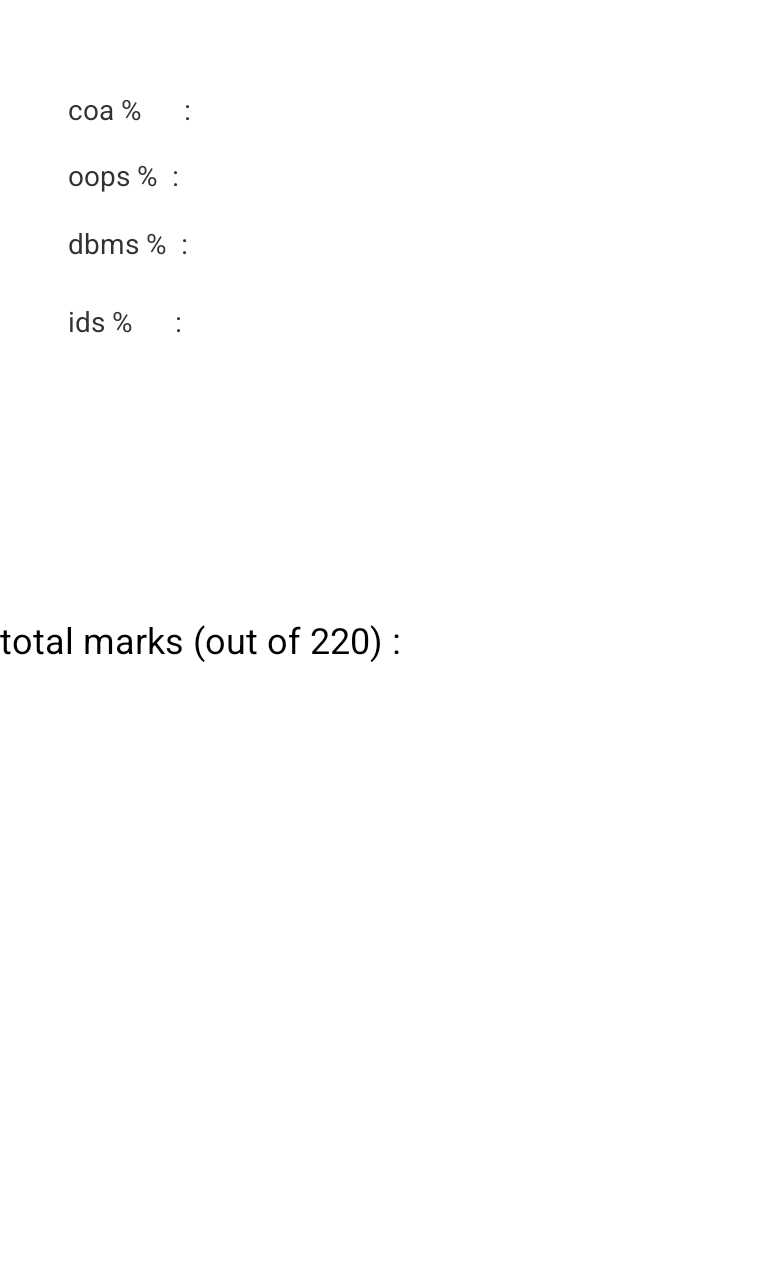
Repository: arjuntheprogrammer/iact
Layout: iact/iact android practice/mywork/ReportCard/res/layout/activity_third.xml
An editor plug-in stored every save of this project. The layout is shown before and after the next save, followed by the edit.
It is drawn on a 768 x 1280 px phone screen (xhdpi) without system bars, with theme AppTheme; the app's code is not run.

Above is the layout before, as saved 2015-12-26 23:59:16.

After the next save:
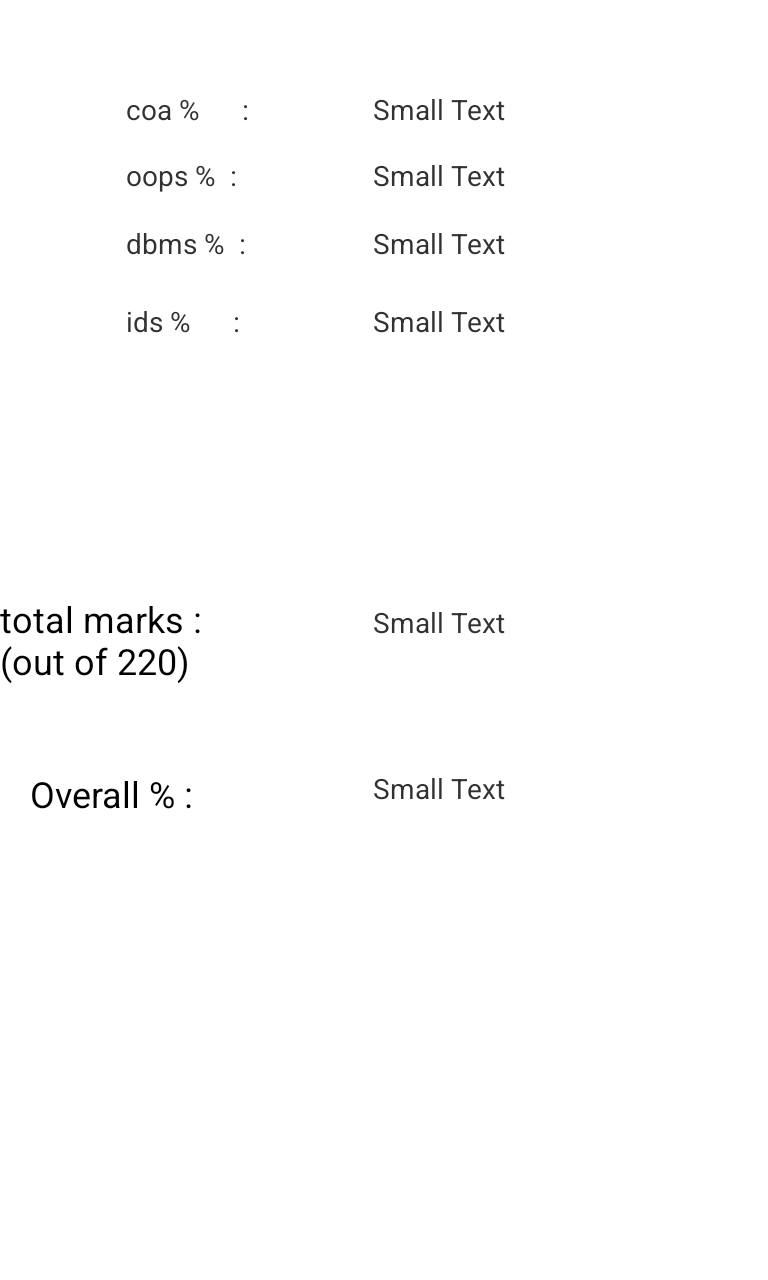
Saved 6 min 5 s later.
--- a/iact/iact android practice/mywork/ReportCard/res/layout/activity_third.xml
+++ b/iact/iact android practice/mywork/ReportCard/res/layout/activity_third.xml
@@ -2,16 +2,6 @@
 <RelativeLayout xmlns:android="http://schemas.android.com/apk/res/android"
     android:layout_width="match_parent"
     android:layout_height="match_parent" >
-
-    <TextView
-        android:id="@+id/textView1"
-        android:layout_width="wrap_content"
-        android:layout_height="wrap_content"
-        android:layout_alignParentLeft="true"
-        android:layout_alignParentTop="true"
-        android:layout_marginLeft="34dp"
-        android:layout_marginTop="45dp"
-        android:text="coa %      :" />
 
     <TextView
         android:id="@+id/textView2"
@@ -41,11 +31,89 @@
         android:text="ids %      :" />
 
     <TextView
+        android:id="@+id/textView1"
+        android:layout_width="wrap_content"
+        android:layout_height="wrap_content"
+        android:layout_alignParentLeft="true"
+        android:layout_alignParentTop="true"
+        android:layout_marginLeft="63dp"
+        android:layout_marginTop="45dp"
+        android:text="coa %      :" />
+
+    <TextView
         android:id="@+id/textView5"
         android:layout_width="wrap_content"
         android:layout_height="wrap_content"
+        android:layout_alignRight="@+id/textView1"
         android:layout_centerVertical="true"
-        android:text="total marks (out of 220) :"
+        android:text="total marks : (out of 220) "
         android:textAppearance="?android:attr/textAppearanceMedium" />
 
+    <TextView
+        android:id="@+id/textView6"
+        android:layout_width="wrap_content"
+        android:layout_height="wrap_content"
+        android:layout_alignParentLeft="true"
+        android:layout_below="@+id/textView5"
+        android:layout_marginLeft="15dp"
+        android:layout_marginTop="42dp"
+        android:text="Overall % :"
+        android:textAppearance="?android:attr/textAppearanceMedium" />
+
+    <TextView
+        android:id="@+id/textView7"
+        android:layout_width="wrap_content"
+        android:layout_height="wrap_content"
+        android:layout_alignBottom="@+id/textView1"
+        android:layout_marginLeft="62dp"
+        android:layout_toRightOf="@+id/textView1"
+        android:text="Small Text"
+        android:textAppearance="?android:attr/textAppearanceSmall" />
+
+    <TextView
+        android:id="@+id/textView8"
+        android:layout_width="wrap_content"
+        android:layout_height="wrap_content"
+        android:layout_above="@+id/textView3"
+        android:layout_alignLeft="@+id/textView7"
+        android:text="Small Text"
+        android:textAppearance="?android:attr/textAppearanceSmall" />
+
+    <TextView
+        android:id="@+id/textView9"
+        android:layout_width="wrap_content"
+        android:layout_height="wrap_content"
+        android:layout_alignBottom="@+id/textView3"
+        android:layout_alignRight="@+id/textView8"
+        android:text="Small Text"
+        android:textAppearance="?android:attr/textAppearanceSmall" />
+
+    <TextView
+        android:id="@+id/textView10"
+        android:layout_width="wrap_content"
+        android:layout_height="wrap_content"
+        android:layout_alignBottom="@+id/textView4"
+        android:layout_alignLeft="@+id/textView9"
+        android:text="Small Text"
+        android:textAppearance="?android:attr/textAppearanceSmall" />
+
+    <TextView
+        android:id="@+id/textView11"
+        android:layout_width="wrap_content"
+        android:layout_height="wrap_content"
+        android:layout_alignBaseline="@+id/textView5"
+        android:layout_alignBottom="@+id/textView5"
+        android:layout_alignLeft="@+id/textView10"
+        android:text="Small Text"
+        android:textAppearance="?android:attr/textAppearanceSmall" />
+
+    <TextView
+        android:id="@+id/textView12"
+        android:layout_width="wrap_content"
+        android:layout_height="wrap_content"
+        android:layout_alignLeft="@+id/textView11"
+        android:layout_alignTop="@+id/textView6"
+        android:text="Small Text"
+        android:textAppearance="?android:attr/textAppearanceSmall" />
+
 </RelativeLayout>
